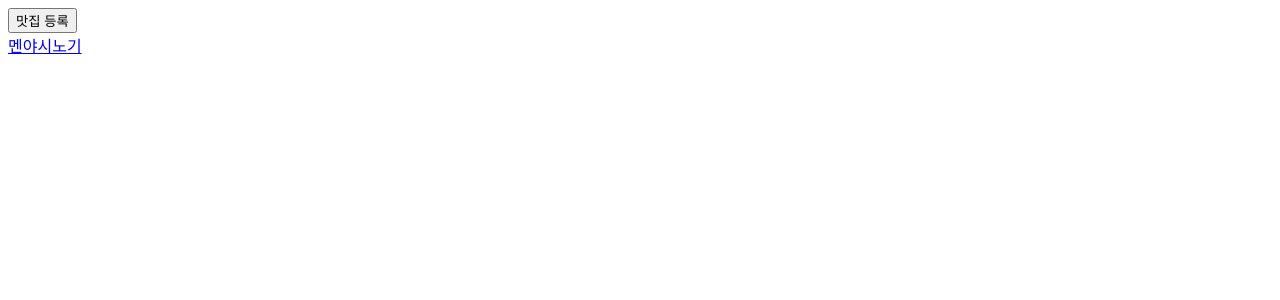
Repository: parkgun6/model2_study
Page: http://localhost/store/list.jsp
These files come from the project's save history. The page is drawn as it stood at one moment and after the next save; the edit follows.
The browser window is 1280 px wide. The pictures show the whole page.
The page is served by Tomcat 9.

Above is the page before, as saved 2021-01-20 10:06:57.

After the next save:
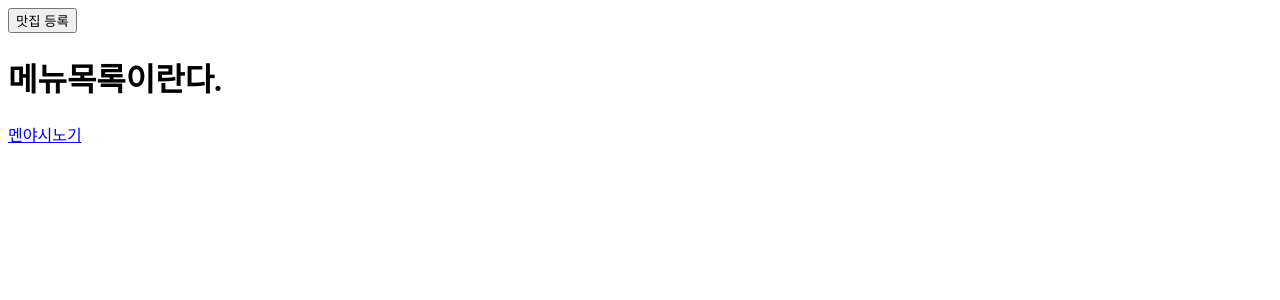
Saved 38 s later.
--- a/store/WebContent/list.jsp
+++ b/store/WebContent/list.jsp
@@ -12,6 +12,7 @@
 		<button>맛집 등록</button>
 
 	</form>
+	<h1>메뉴목록이란다.</h1>
 	<a href="https://www.naver.com">멘야시노기</a>
 </body>
 </html>
